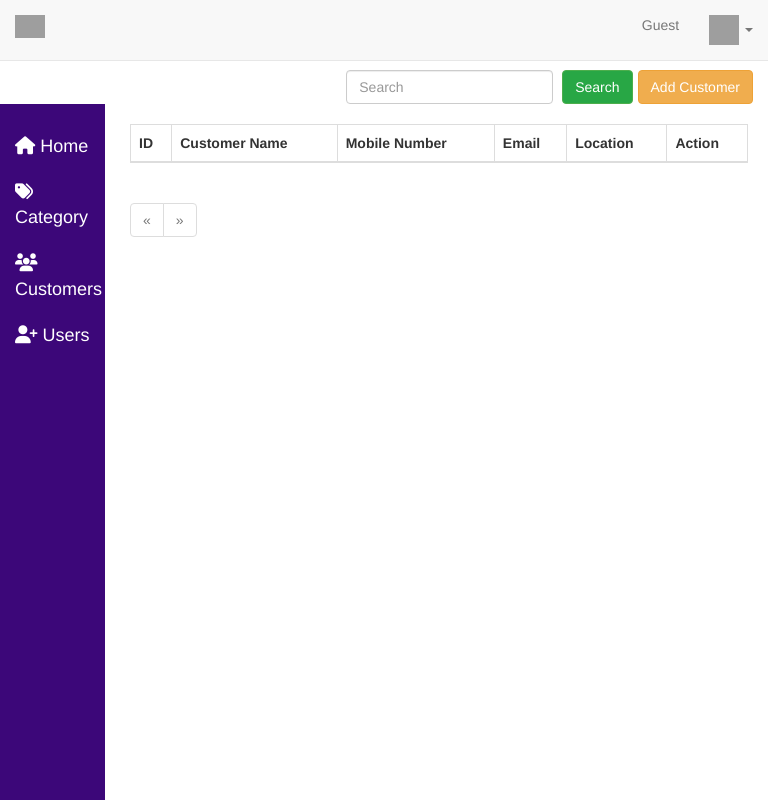
Repository: Nireshkumar24/CRM
Page: http://localhost/adduser
The author's editor kept a copy of each file at every save. The page is drawn from the files as they stood at one save, then again after the next save.
The browser window is 768 px wide. The pictures show the whole page.
Pictures or frames that could not be fetched are drawn as grey boxes. The page is served by the project's application, run on Flask 3 (app.py). Queries for data that is not in the repository find no rows.

Above is the page before, as saved 2024-05-23 11:13:59.
Console error: ReferenceError: $ is not defined

### templates/adduser.html
<!DOCTYPE html>
<html lang="en">

<head>
    <meta charset="UTF-8">
    <meta name="viewport" content="width=device-width, initial-scale=1.0">
    <title>Adduser</title>
    <!-- Bootstrap 3.3.7 CSS -->
    <link rel="stylesheet" href="https://cdn.jsdelivr.net/npm/bootstrap@3.3.7/dist/css/bootstrap.min.css">
    <link href="https://fonts.googleapis.com/css?family=Roboto&display=swap" rel="stylesheet">
    <link rel="stylesheet" href="https://cdnjs.cloudflare.com/ajax/libs/font-awesome/6.2.0/css/all.min.css">

    <style>
        .material-symbols-outlined {
            padding-top: 12px;
            height: 35px;
            width: 35px;
            font-variation-settings:
                'FILL' 0,
                'wght' 400,
                'GRAD' 0,
                'opsz' 24
        }


        .profile-dropdown-toggle::after {
            display: none;
        }

        .side-nav {
            height: 100vh;
            width: 200px;
            position: fixed;
            z-index: 1;
            left: 0;
            background-color: #3c0779;
            overflow-x: hidden;
            padding-top: 20px;
        }

        .side-nav a {
            padding: 10px 15px;
            text-decoration: none;
            font-size: 18px;
            color: white;
            display: block;
            transition: 0.3s;
        }

        .side-nav a:hover {
            color: #f1f1f1;
            background-color: #575757;
        }

        .content {
            margin-left: 200px;
            padding: 20px;
        }

        @media (max-width: 768px) {
            .side-nav {
                width: 105px;
                min-height: 50%;
                max-height: 100%;

            }

            .content {
                margin-left: 110px;
            }

            .navbar-header {
                float: left;
            }

            .navbar-collapse.collapse {
                display: block !important;
                height: auto !important;
                padding-bottom: 0;
                overflow: visible !important;
            }

            .navbar-nav>li {
                display: inline-block;
            }

            .navbar-nav {
                float: none;

                text-align: right;
            }


            .navbar-right .dropdown-menu {
                right: 0;
                left: auto;
            }

            .navbar-toggle {
                display: none;
            }


            .navbar-brand img {
                max-width: 100%;
                height: auto;
            }

            @media (max-width: 768px) {
                #searchForm {
                    display: flex;
                    align-items: center;
                    justify-content: flex-start;

                    flex-wrap: nowrap;
                    padding-left: 500px;
                }

                #searchForm .form-control,
                #searchForm .btn,
                #searchForm select {
                    margin: 0 5px;
                    flex-grow: 0;
                    flex-shrink: 0;
                    width: auto;

                }

                #searchForm input[type="search"],
                #searchForm select {
                    max-width: 120px;
                }

                #searchForm .form-control,
                #searchForm .btn {
                    padding: 6px 12px;
                    font-size: 12px;
                }

                #searchForm .btn-secondary {
                    padding: 6px 6px;
                    font-size: 12px;
                }

                #searchForm .btn-secondary .text {
                    display: none;
                }

                #searchForm .btn-secondary:before {
                    content: "\2715";
                    display: inline-block;
                }
            }

            .btn-success {
                background-color: #28a745;
            }


        }
    </style>

    </style>
</head>

<body>
    <!-- Navbar using Bootstrap 3 structure -->
    <nav class="navbar navbar-default navbar-fixed-top">
        <div class="container-fluid">
            <div class="navbar-header">
                <button type="button" class="navbar-toggle collapsed" data-toggle="collapse"
                    data-target="#navbar-collapse-1" aria-expanded="false">
                    <span class="sr-only">Toggle navigation</span>
                    <span class="icon-bar"></span>
                    <span class="icon-bar"></span>
                    <span class="icon-bar"></span>
                </button>
                <a class="navbar-brand" href="#">
                    <img src="path/to/your/logo.png" width="30" height="30" class="d-inline-block align-top" alt=""
                        loading="lazy">
                </a>
            </div>
            <div class="collapse navbar-collapse" id="navbar-collapse-1">
                <ul class="nav navbar-nav navbar-right">
                    <li><a href="#">{{ session['username'] if 'username' in session else 'Guest' }}</a></li>
                    <li class="dropdown">
                        <a href="#" class="dropdown-toggle" data-toggle="dropdown" role="button" aria-haspopup="true"
                            aria-expanded="false">
                            <img src="path/to/profile/picture.jpg" width="30" height="30" class="rounded-circle"
                                alt="Profile Picture"> <span class="caret"></span>
                        </a>
                        <ul class="dropdown-menu">
                            <li><a href="{{url_for('login')}}">Logout</a></li>
                        </ul>
                    </li>
                </ul>
            </div>
        </div>
    </nav>
    <div class="container-fluid" style="padding-top: 70px;">
        <div class="row">
            <div class="col-md-12" id="search-and-add">
                <form class="form-inline text-right" action="/search_user" method="post">
                    <input type="search" class="form-control" placeholder="Search" name="search"
                        style="margin-right: 5px;">
                    <button type="submit" class="btn btn-success" style="margin-right: 5px;">Search</button>
                    <button type="button" class="btn btn-warning pull-right" data-toggle="modal"
                        data-target="#addCategoryModal">
                        Add Customer
                    </button>
                </form>
            </div>
        </div>
    </div>


    <div class="side-nav">
        <a href="/index"><i class="fa fa-home"></i> Home</a>
        <a href="/addcategory"><i class="fa fa-tags"></i> Category</a>
        <a href="/adduser"><i class="fa fa-users"></i> Customers</a>
        <a href="/createuser"><i class="fa fa-user-plus"></i> Users</a>
    </div>
    <div class="content">
        <table class="table table-striped table-bordered hover">
            <thead class="thead-light">
                <tr>
                    <th>ID</th>
                    <th>Customer Name</th>
                    <th>Mobile Number</th>
                    <th>Email</th>
                    <th>Location</th>
                    <th>Action</th>

                </tr>
            </thead>
            <tbody>



                {% for customer in customers %}

                <tr>
                    <td>{{ customer.id }}</td>
                    <!-- <td>{{ customer.customer_name }}</td> -->
                    <td><a href="{{ url_for('user_profile', user_id=customer.id) }}">{{ customer.customer_name }}</a>
                    </td>

                    <td>{{ customer.mobile_number }}</td>
                    <td>{{ customer.email }}</td>
                    <td>{{ customer.location }}</td>

                    <td>
                        <div class="dropdown">
                            <a href="#" class="dropdown-toggle" data-toggle="dropdown" aria-expanded="false">
                                <span class="glyphicon glyphicon-option-vertical"></span>
                            </a>
                            <ul class="dropdown-menu" role="menu">
                                <li><a href="#" data-toggle="modal"
                                        data-target="#editCustomerModal-{{ customer.id }}">Edit</a></li>
                                <li>
                                    <form action="{{ url_for('delete_customer', id=customer.id) }}" method="post"
                                        onsubmit="return confirm('Are you sure?');">
                                        <button type="submit" class="btn btn-link">Delete</button>
                                    </form>
                                </li>
                            </ul>
                        </div>
                    </td>
                    <td><a href="{{ url_for('user_profile', user_id=customer.id) }}" class="btn btn-success">View
                            Profile</a></td>
                    <td>
                        <button onclick="generateAndShowLink('{{ customer.id }}')" class="btn btn-warning">Generate
                            Upload Link</button>
                    </td>

                    <td><a href="{{ url_for('upload_documents', user_id=customer.id) }}" class="btn btn-primary">Upload
                            Documents</a></td>
                    </td>
                </tr>
                <div class="modal fade" id="editCustomerModal-{{ customer.id }}" tabindex="-1" role="dialog"
                    aria-labelledby="editCustomerLabel-{{ customer.id }}">
                    <!-- Modal content -->
                    <div class="modal-dialog" role="document">
                        <div class="modal-content">
                            <!-- Corrected form action to use 'customer.id' -->
                            <form action="{{ url_for('edit_customer', id=customer.id) }}" method="post">
                                <div class="modal-header">
                                    <h5 class="modal-title">Edit Customer</h5>
                                    <button type="button" class="close" data-dismiss="modal" aria-label="Close">
                                        <span aria-hidden="true">&times;</span>
                                    </button>
                                </div>
                                <div class="modal-body">
                                    <!-- Corrected form fields to use 'customer' -->
                                    <div class="form-group">
                                        <label>Customer Name</label>
                                        <input type="text" name="cname" class="form-control"
                                            value="{{ customer.customer_name }}" required>
                                    </div>
                                    <div class="form-group">
                                        <label>Email</label>
                                        <input type="email" name="email" class="form-control"
                                            value="{{ customer.email }}" required>
                                    </div>
                                    <div class="form-group">
                                        <label>Mobile</label>
                                        <!-- <input type="number" name="mobileNumber" class="form-control"
                                            value="{{ customer.mobile_number }}" required> -->
                                        <input type="tel" class="form-control" id="mobileNumber" name="mobileNumber"
                                            required maxlength="10" pattern="\d{10}"
                                            title="Mobile number must be 10 digits" value="{{customer.mobile_number}}">

                                    </div>
                                    <div class="form-group">
                                        <label>Location</label>
                                        <input type="text" name="location" class="form-control"
                                            value="{{ customer.location }}" required>
                                    </div>
                                    <!-- CSRF token should be added here if you're using Flask-WTF for CSRF protection -->
                                </div>
                                <div class="modal-footer">
                                    <button type="button" class="btn btn-secondary" data-dismiss="modal">Close</button>
                                    <button type="submit" class="btn btn-primary">Save changes</button>
                                </div>
                            </form>
                        </div>
                    </div>
                </div>

                {% endfor %}


            </tbody>
        </table>
        <nav>
            <ul class="pagination">
                <li class="{{ 'disabled' if not pagination.has_prev }}">
                    <a href="{{ url_for('adduser', page=pagination.prev_num) }}" aria-label="Previous">
                        <span aria-hidden="true">&laquo;</span>
                    </a>
                </li>
                {% for page in pagination.iter_pages() %}
                <li class="{{ 'active' if page == pagination.page }}">
                    <a href="{{ url_for('adduser', page=page) }}">{{ page }}</a>
                </li>
                {% endfor %}
                <li class="{{ 'disabled' if not pagination.has_next }}">
                    <a href="{{ url_for('adduser', page=pagination.next_num) }}" aria-label="Next">
                        <span aria-hidden="true">&raquo;</span>
                    </a>
                </li>
            </ul>
        </nav>
    </div>
    <!-- Modal -->

    <div class="modal fade" id="addCategoryModal" tabindex="-1" role="dialog" aria-labelledby="modalLabel"
        aria-hidden="true">
        <div class="modal-dialog" role="document">
            <div class="modal-content">
                <div class="modal-header">
                    <h4 class="modal-title" id="modalLabel">Add Customer</h4>
                    <button type="button" class="close" data-dismiss="modal" aria-label="Close">
                        <span aria-hidden="true">&times;</span>
                    </button>
                </div>

                <div class="modal-body">
                    <form method="post" action="{{ url_for('adduser') }}">
                        <div class="form-group">
                            <label for="customerName">Customer Name</label>
                            <input type="text" class="form-control" id="customerName" required name="cname">
                        </div>
                        <div class="form-group">
                            <label for="email">Email</label>
                            <input type="email" class="form-control" id="email" required name="email">
                        </div>
                        <div class="form-group">
                            <label for="mobileNumber">Mobile Number</label>
                            <!-- <input type="number" class="form-control" id="mobileNumber" required name="mobileNumber"> -->
                            <input type="tel" class="form-control" id="mobileNumber" name="mobileNumber" required
                                maxlength="10" pattern="\d{10}" title="Mobile number must be 10 digits">

                        </div>

                        <div class="form-group">
                            <label for="location">Location</label>
                            <input type="text" class="form-control" id="location" required name="location">
                        </div>

                        <div class="modal-footer">
                            <button type="button" class="btn btn-secondary" data-dismiss="modal">Close</button>
                            <button type="submit" class="btn btn-primary">Save changes</button>
                        </div>
                    </form>
                </div>

            </div>
        </div>
    </div>


    <div class="modal fade " id="linkModal" tabindex="-1" role="dialog" aria-labelledby="linkModalLabel"
        aria-hidden="true">
        <div class="modal-dialog" role="document">
            <div class="modal-content">
                <div class="modal-header">
                    <h5 class="modal-title" id="linkModalLabel">Your Upload Link</h5>
                    <button type="button" class="close" data-dismiss="modal" aria-label="Close">
                        <span aria-hidden="true">&times;</span>
                    </button>
                </div>
                <div class="modal-body " style="display: flex;">
                    <input type="text" class="form-control" id="generatedLink" value="https://example.com" readonly>
                    <button type="button" class="btn btn-primary mt-2" id="copyButton" onclick="copyToClipboard()">
                        Copy Link
                    </button>
                </div>
            </div>
        </div>
    </div>






    <script>
        $(document).ready(function () {
            var navbarHeight = $('.navbar').outerHeight();
            $('.side-nav').css('top', navbarHeight + 'px');
        });
    </script>
    <script>
        function generateAndShowLink(userId) {
            fetch(`/generate_link/${userId}`)
                .then(response => {
                    if (!response.ok) {
                        throw new Error('Network response was not ok: ' + response.statusText);
                    }
                    return response.json();
                })
                .then(data => {
                    if (data.link) {
                        document.getElementById('generatedLink').value = data.link; // Set link in input field
                        $('#linkModal').modal('show'); // Display the modal
                    } else {
                        alert('Link generation failed, no link provided.');
                    }
                })
                .catch(error => {
                    console.error('Fetch error:', error);
                    alert('Error generating link: ' + error.message);
                });
        }


        function copyToClipboard() {
            var copyText = document.getElementById("generatedLink");
            copyText.select();
            document.execCommand("copy");

            var copyButton = document.getElementById("copyButton");
            copyButton.innerHTML = 'Copied <i class="fas fa-check"></i>'; // Assumes FontAwesome is used for icons
            copyButton.classList.add("btn-success"); // Change button color to green
            copyButton.classList.remove("btn-primary");

            setTimeout(function () { // Reset button after 3 seconds
                copyButton.innerHTML = "Copy Link";
                copyButton.classList.add("btn-primary");
                copyButton.classList.remove("btn-success");
            }, 3000);
        }

    </script>
    <script>function validateMobileNumber(input) {
            // Remove any characters that are not digits
            input.value = input.value.replace(/\D/g, '');

            // Limit to 10 digits
            if (input.value.length > 10) {
                input.value = input.value.slice(0, 10);
            }
        }
    </script>

    <!-- Include Bootstrap and jQuery -->
    <script src="https://code.jquery.com/jquery-3.5.1.slim.min.js"></script>
    <!-- jQuery (necessary for Bootstrap's JavaScript plugins) -->
    <script src="https://ajax.googleapis.com/ajax/libs/jquery/1.12.4/jquery.min.js"></script>
    <!-- Include all compiled plugins (below), or include individual files as needed -->
    <script src="https://cdn.jsdelivr.net/npm/bootstrap@3.3.7/dist/js/bootstrap.min.js"></script>
    <!-- <script src="https://ajax.googleapis.com/ajax/libs/jquery/1.12.4/jquery.min.js"></script> -->
    <!-- <script src="https://cdn.jsdelivr.net/npm/bootstrap@3.3.7/dist/js/bootstrap.min.js"></script> -->

</body>

</html>

Loaded but not shown: app.py (707 lines, source omitted)

After the next save:
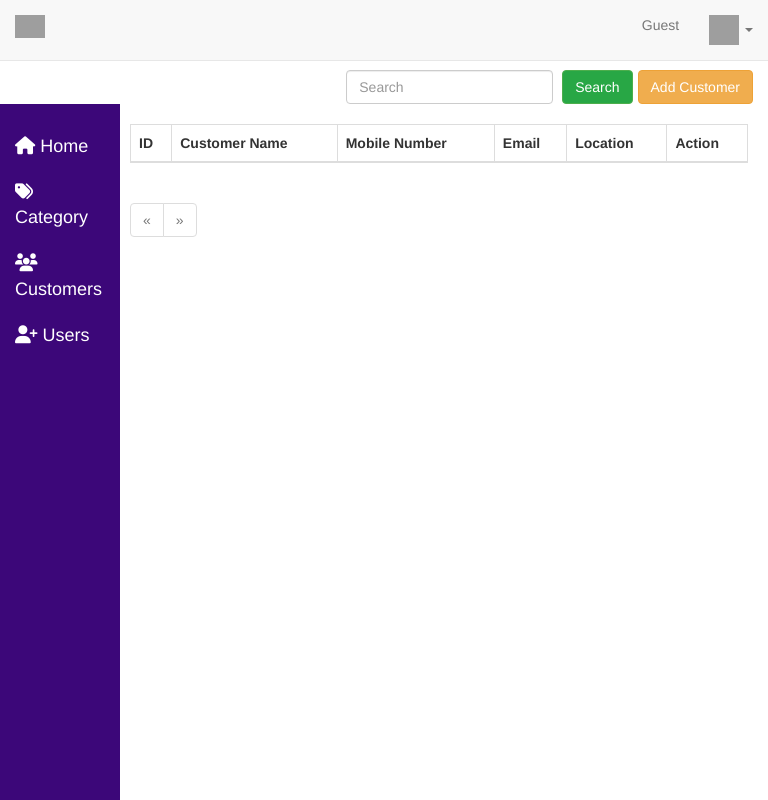
Saved 23 s later.
--- a/templates/adduser.html
+++ b/templates/adduser.html
@@ -59,7 +59,7 @@
 
         @media (max-width: 768px) {
             .side-nav {
-                width: 105px;
+                width: 120px;
                 min-height: 50%;
                 max-height: 100%;
 
